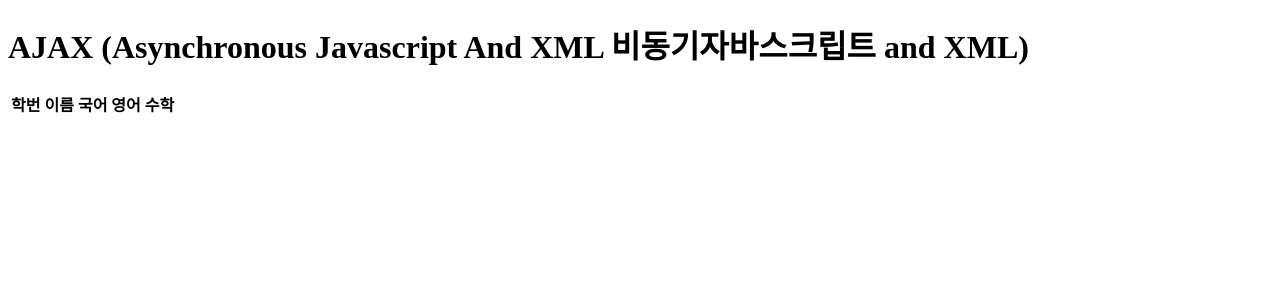
Repository: Lee-seongBeom/bitclass
Page: html08/WebContent/ex03.html
The author's editor kept a copy of each file at every save. The page is drawn from the files as they stood at one save, then again after the next save.
The browser window is 1280 px wide. The pictures show the whole page.

Above is the page before, as saved 2020-07-17 06:00:37.
Console error: SyntaxError: Unexpected token '}'

After the next save:
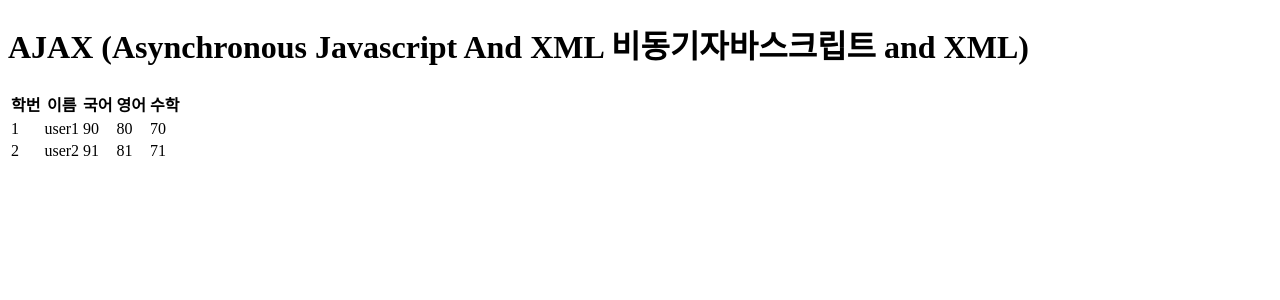
The error is gone.
Saved 18 s later.
--- a/html08/WebContent/ex03.html
+++ b/html08/WebContent/ex03.html
@@ -33,7 +33,7 @@
 					msg+="<td>"+math+"</td>";
 					msg+="</tr>";
 				}
-				table.
+				table.innerHTML=thead+msg;
 			}
 		};
 		xhr.open('get','ex03.xml');
